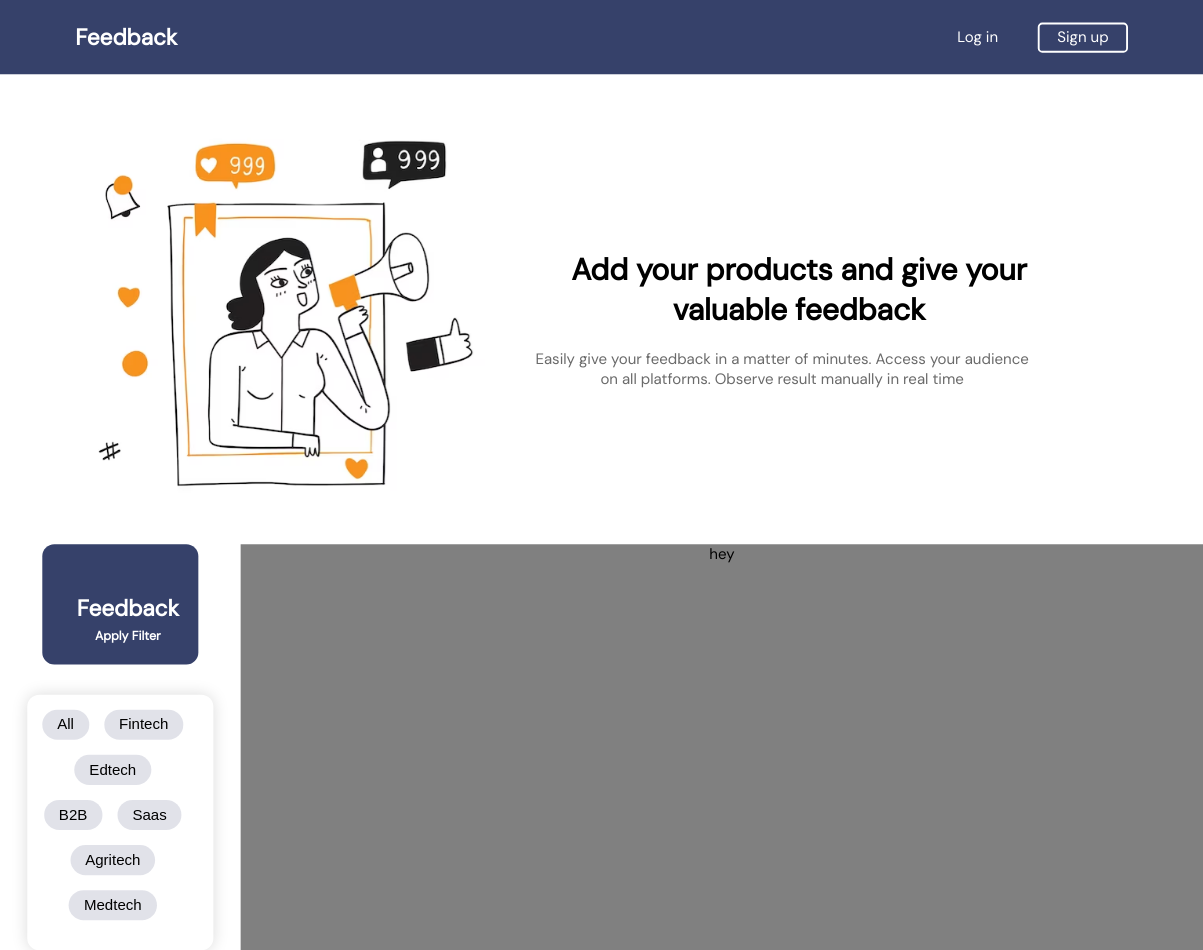
Repository: drumsmanku/final-evaluation-test
Page: / (app in client/)
The author's editor kept a copy of each file at every save. The page is drawn from the files as they stood at one save, then again after the next save.
The browser window is 1280 px wide. The pictures show the whole page, at 94% of full size.
The page's requests for data from a server got no answer. The project was rebuilt for these pictures with package versions that can differ from the ones it lists, and the page was loaded fresh each time. No one was signed in, and anything a server would have sent is missing.

Above is the page before, as saved 2023-07-29 11:47:48.

After the next save:
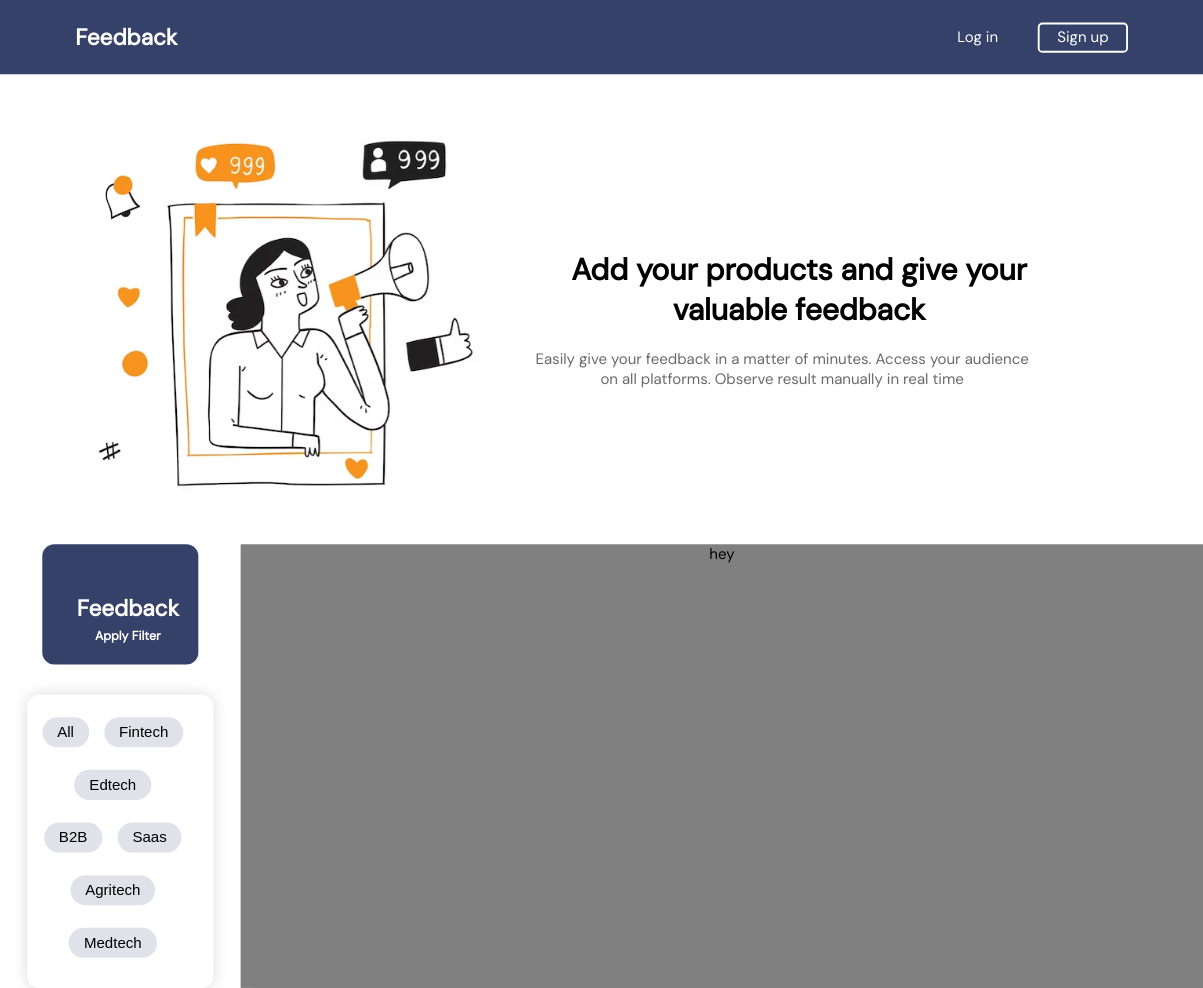
Saved 67 s later.
--- a/client/src/Components/MainPage.js
+++ b/client/src/Components/MainPage.js
@@ -11,7 +11,7 @@ const buttonStyles={
   fontSize:'medium',
   borderRadius:'1rem',
   border:'none',
-  margin:'0 1rem 1rem 0',
+  margin:'0.5rem 1rem 1rem 0',
   height:'2rem',
   textAlign:'center',
 }

After the save that followed:
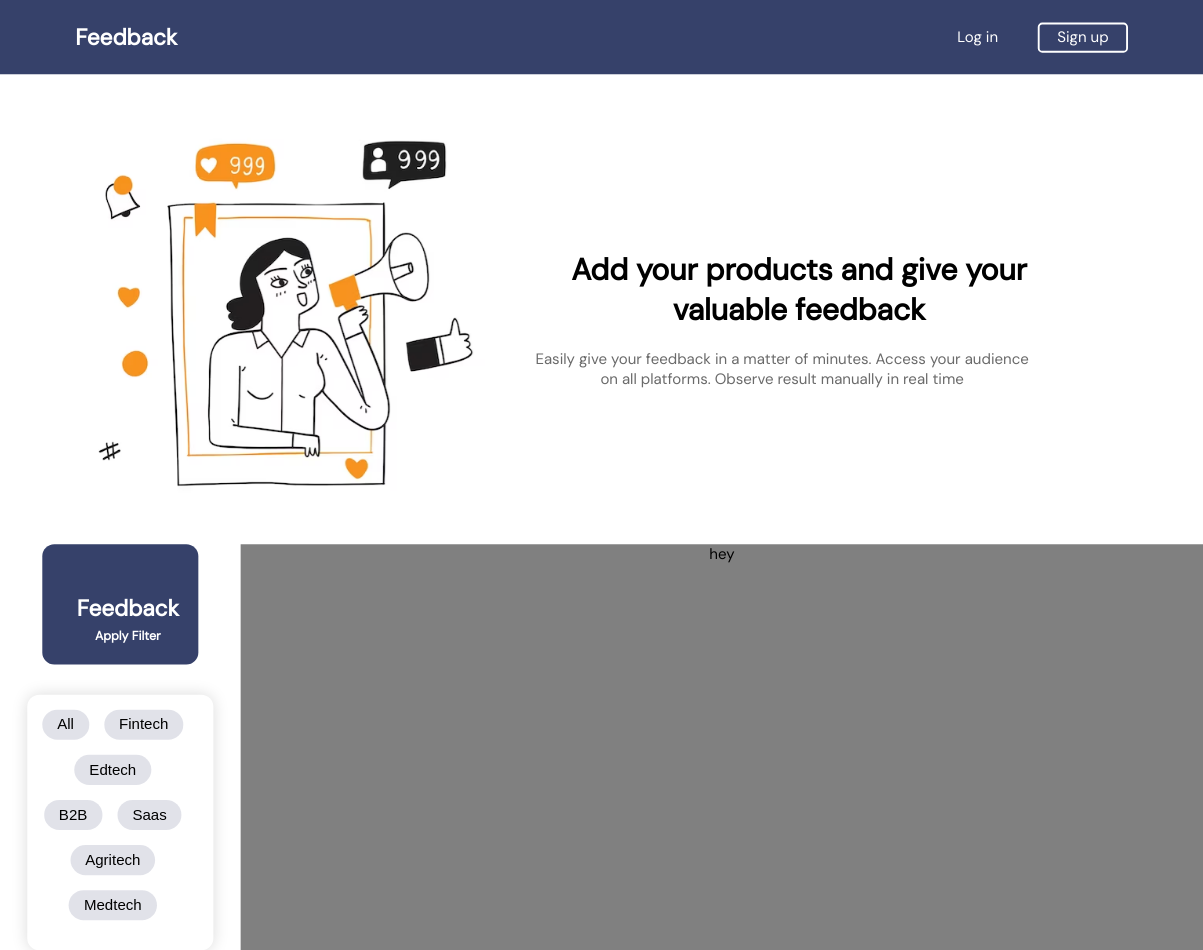
Saved 12 s later.
--- a/client/src/Components/MainPage.js
+++ b/client/src/Components/MainPage.js
@@ -11,7 +11,7 @@ const buttonStyles={
   fontSize:'medium',
   borderRadius:'1rem',
   border:'none',
-  margin:'0.5rem 1rem 1rem 0',
+  margin:'0 1rem 1rem 0',
   height:'2rem',
   textAlign:'center',
 }
